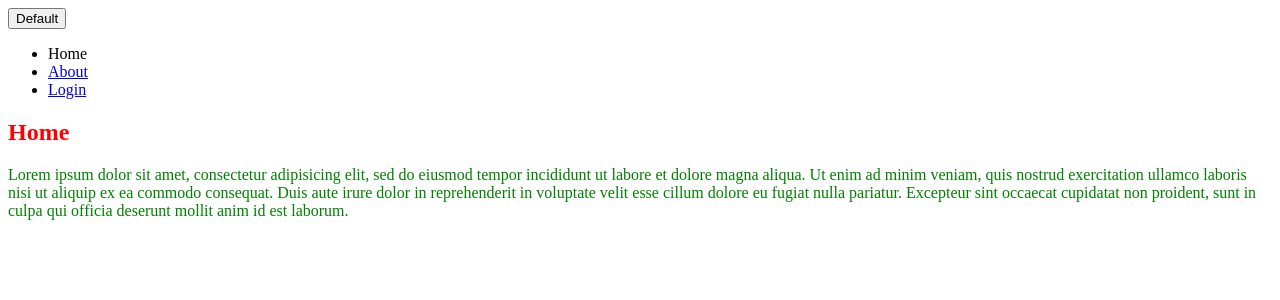
Repository: rileymeye1/ZTM
Page: project_files/index.html
An editor plug-in stored every save of this project. The page is shown before and after the next save, followed by the edit.
The browser window is 1280 px wide. The pictures show the whole page.

Above is the page before, as saved 2024-08-19 16:22:39.

### project_files/index.html

<!DOCTYPE html>
<html>
<head>
  <title>My first website!</title>
  <link rel="stylesheet" type="text/css" href="style.css">
</head>
<body>
  <button class="btn btn-primary">Default</button>
  <header>
    <nav>
      <ul>
        <li>Home</li>
        <li><a href="about.html">About</a></li>
        <li><a href="login.html">Login</a></li>
      </ul>
    </nav>
  </header>
  <section>
    <h2>Home</h2>
    <p>Lorem ipsum dolor sit amet, consectetur adipisicing elit, sed do eiusmod
    tempor incididunt ut labore et dolore magna aliqua. Ut enim ad minim veniam,
    quis nostrud exercitation ullamco laboris nisi ut aliquip ex ea commodo
    consequat. Duis aute irure dolor in reprehenderit in voluptate velit esse
    cillum dolore eu fugiat nulla pariatur. Excepteur sint occaecat cupidatat non
    proident, sunt in culpa qui officia deserunt mollit anim id est laborum.</p>
  </section>
</body>
</html>

### project_files/style.css
/* Selector {
  Property: value;
} */

h2 {
  color: red;
}

p {
  color: pink;
}

p {
  color: green;
}

After the next save:
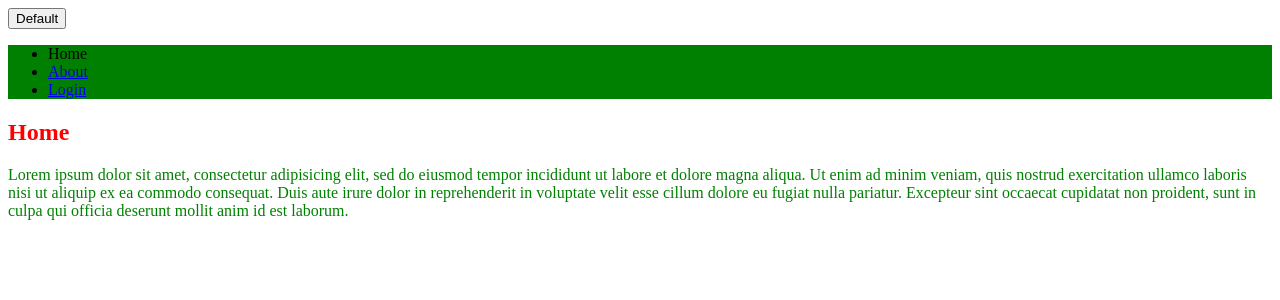
Saved 62 s later.
--- a/project_files/index.html
+++ b/project_files/index.html
@@ -7,7 +7,7 @@
 </head>
 <body>
   <button class="btn btn-primary">Default</button>
-  <header>
+  <header style="background-color: green">
     <nav>
       <ul>
         <li>Home</li>
